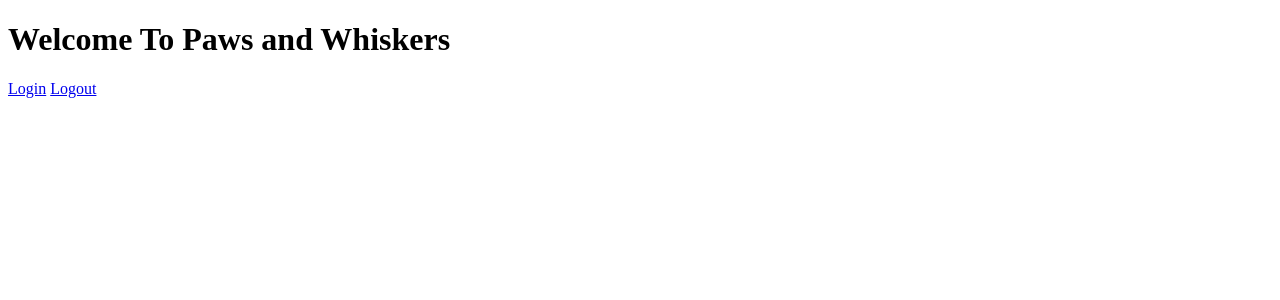
Repository: vimala-pydi/spring-pawsandwhiskers
Page: src/main/webapp/index.html
An editor plug-in stored every save of this project. The page is shown before and after the next save, followed by the edit.
The browser window is 1280 px wide. The pictures show the whole page.

Above is the page before, as saved 2023-08-14 13:44:25.

After the next save:
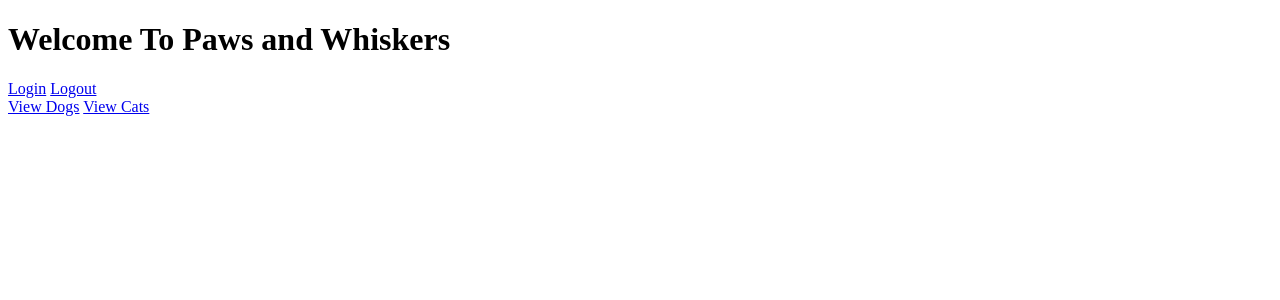
Saved 111 s later.
--- a/src/main/webapp/index.html
+++ b/src/main/webapp/index.html
@@ -10,6 +10,9 @@
 			<a href="login.html">Login</a>
 			<a href="LogoutServlet">Logout</a>
 		</div>
-
+		<div id="content">
+			<a href="/dogs">View Dogs</a>
+			<a href="/cats">View Cats</a>
+		  </div>
 	</body>
 </html>
